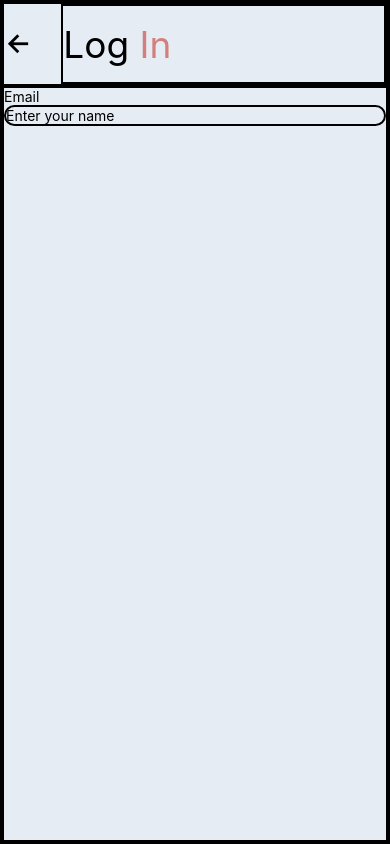
Repository: kgayathridevi/pregband
Screen: /
An editor plug-in stored every save of this project. The screen is shown before and after the next save, followed by the edit.
The app was drawn by React Native's web renderer in a window 390 px wide. The project was rebuilt for these pictures with package versions that can differ from the ones it lists, and the page was loaded fresh each time. Also part of the build but not shown: component/SignUpScreen.jsx, component/Home.jsx.

Above is the screen before, as saved 2023-04-28 15:06:17.

### App.js
import { NavigationContainer } from "@react-navigation/native";
import { createNativeStackNavigator } from "@react-navigation/native-stack";
import { StatusBar } from "expo-status-bar";
import { StyleSheet, Text, View } from "react-native";
import SignUpScreen from "./component/SignUpScreen";
import LogInScreen from "./component/LogInScreen";
import Home from "./component/Home";

const Stack = createNativeStackNavigator();
export default function App() {
  return (
    <NavigationContainer>
      <Stack.Navigator initialRouteName="Log">
        <Stack.Screen
          options={{ headerShown: false }}
          name="Log"
          component={LogInScreen}
        />
        <Stack.Screen name="Sign" component={SignUpScreen} />
        <Stack.Screen name="Home" component={Home} />
      </Stack.Navigator>
    </NavigationContainer>
  );
}

const styles = StyleSheet.create({
  // container: {
  //   flex: 1,
  //   backgroundColor: '#fff',
  //   alignItems: 'center',
  //   justifyContent: 'center',
  // },
});

### component/LogInScreen.jsx
import {
  Button,
  StyleSheet,
  Text,
  TextInput,
  TouchableOpacity,
  View,
} from "react-native";
import React from "react";
import { SafeAreaView } from "react-native-safe-area-context";
import Ionicons from "@expo/vector-icons/Ionicons";

const LogInScreen = ({ navigation }) => {
  return (
    <SafeAreaView style={styles.container}>
      <View style={styles.headerContainer}>
        <View style={styles.btnCont}>
          {/* <Text>back</Text> */}
          <Ionicons name="arrow-back" color="black" size={30} />
        </View>
        <View style={styles.titleContain}>
          <Text style={styles.textC}>Log</Text>
          <Text style={[styles.textC, styles.textC2]}> In</Text>
        </View>
      </View>
      <View style={styles.mainContainer}>
        <View style={styles.inputContainer}>
          <Text>Email</Text>
          <TextInput style={styles.textInp} placeholder="Enter your name" />
        </View>
        <View></View>
      </View>
    </SafeAreaView>
  );
};

export default LogInScreen;

const styles = StyleSheet.create({
  container: {
    borderWidth: 2,
    height: "100%",
    backgroundColor: "#E5ECF3",
  },
  headerContainer: {
    borderWidth: 2,
    height: "10%",
    flexDirection: "row",
    justifyContent: "space-between",
  },
  titleContain: {
    borderWidth: 2,
    flexDirection: "row",
    width: "85%",
    alignItems: "center",
  },
  btnCont: {
    justifyContent: "center",
    // borderWidth: 2,
  },
  textC: {
    fontSize: 37,
  },
  textC2: {
    color: "#D37F7D",
  },

  mainContainer: {
    borderWidth: 2,
    height: "90%",
  },
  inputContainer: {},
  textInp: {
    borderWidth: 2,
    borderRadius: 20,
  },
});

After the next save:
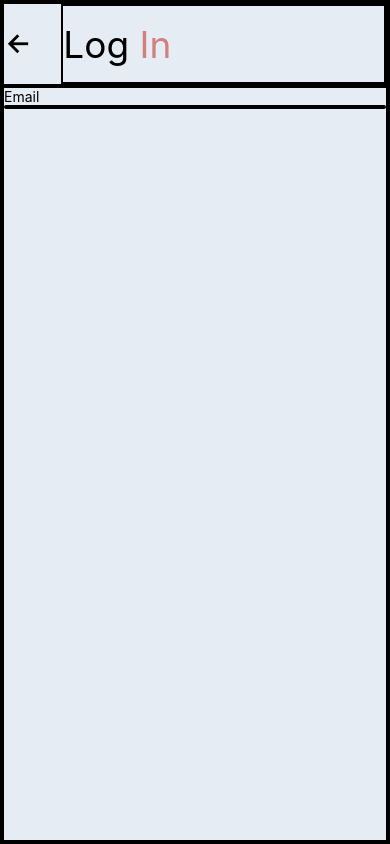
Saved 11 s later.
--- a/component/LogInScreen.jsx
+++ b/component/LogInScreen.jsx
@@ -73,5 +73,6 @@
   textInp: {
     borderWidth: 2,
     borderRadius: 20,
+    height: "9%",
   },
 });

After the save that followed:
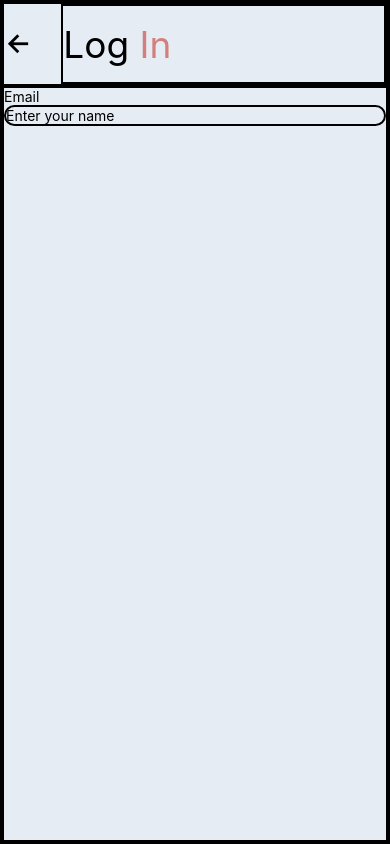
Saved 6 s later.
--- a/component/LogInScreen.jsx
+++ b/component/LogInScreen.jsx
@@ -73,6 +73,6 @@
   textInp: {
     borderWidth: 2,
     borderRadius: 20,
-    height: "9%",
+    height: "10",
   },
 });
